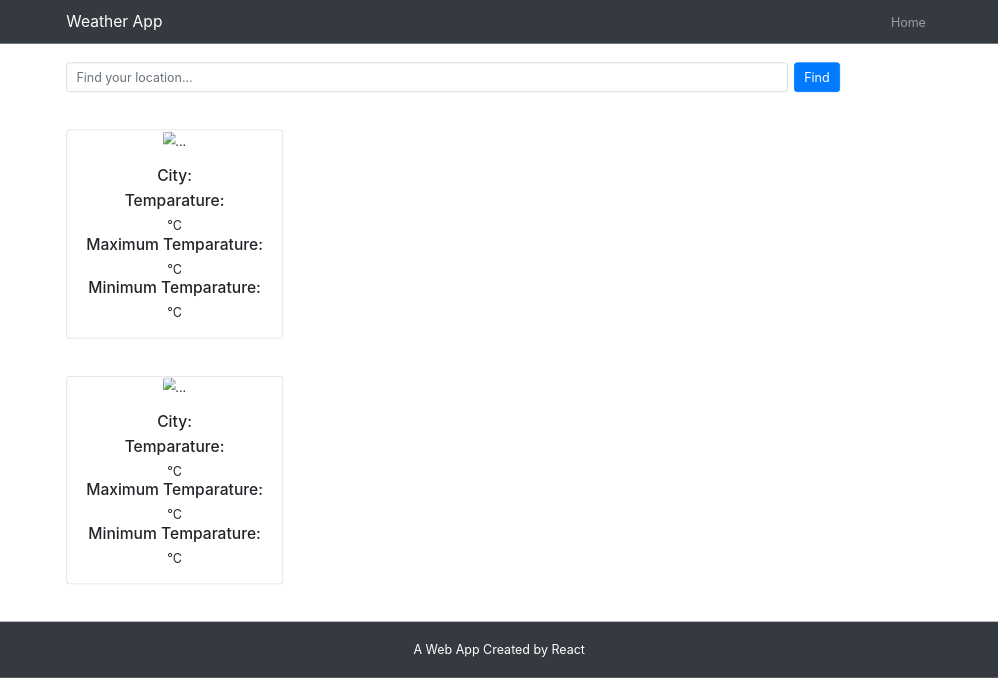
Repository: smk87/weather-app-react
Page: /
An editor plug-in stored every save of this project. The page is shown before and after a run of saves, followed by the edit.
The browser window is 1280 px wide. The pictures show the whole page, at 78% of full size.
The page's requests for data from a server got no answer. Some web libraries are served in a nearby version. The project was rebuilt for these pictures with package versions that can differ from the ones it lists, and the page was loaded fresh each time. A package was used in the major version that the imports need, not the one package.json lists. No one was signed in, and anything a server would have sent is missing.

Above is the page before, as saved 2019-02-06 17:39:17.

### public/index.html
<!DOCTYPE html>
<html lang="en">
  <head>
    <meta charset="utf-8" />
    <link rel="shortcut icon" href="%PUBLIC_URL%/favicon.ico" />
    <meta
      name="viewport"
      content="width=device-width, initial-scale=1, shrink-to-fit=no"
    />
    <meta name="theme-color" content="#000000" />
    <!--
      manifest.json provides metadata used when your web app is added to the
      homescreen on Android. See https://developers.google.com/web/fundamentals/web-app-manifest/
    -->
    <link rel="manifest" href="%PUBLIC_URL%/manifest.json" />
    <link
      rel="stylesheet"
      href="https://stackpath.bootstrapcdn.com/bootstrap/4.2.1/css/bootstrap.min.css"
      integrity="sha384-GJzZqFGwb1QTTN6wy59ffF1BuGJpLSa9DkKMp0DgiMDm4iYMj70gZWKYbI706tWS"
      crossorigin="anonymous"
    />
    <script
      defer
      src="https://use.fontawesome.com/releases/v5.6.3/js/all.js"
      integrity="sha384-EIHISlAOj4zgYieurP0SdoiBYfGJKkgWedPHH4jCzpCXLmzVsw1ouK59MuUtP4a1"
      crossorigin="anonymous"
    ></script>
    <!--
      Notice the use of %PUBLIC_URL% in the tags above.
      It will be replaced with the URL of the `public` folder during the build.
      Only files inside the `public` folder can be referenced from the HTML.

      Unlike "/favicon.ico" or "favicon.ico", "%PUBLIC_URL%/favicon.ico" will
      work correctly both with client-side routing and a non-root public URL.
      Learn how to configure a non-root public URL by running `npm run build`.
    -->
    <title>React App</title>
  </head>
  <body>
    <noscript>You need to enable JavaScript to run this app.</noscript>
    <div id="root"></div>
    <!--
      This HTML file is a template.
      If you open it directly in the browser, you will see an empty page.

      You can add webfonts, meta tags, or analytics to this file.
      The build step will place the bundled scripts into the <body> tag.

      To begin the development, run `npm start` or `yarn start`.
      To create a production bundle, use `npm run build` or `yarn build`.
    -->

    <script
      src="https://code.jquery.com/jquery-3.3.1.slim.min.js"
      integrity="sha384-q8i/X+965DzO0rT7abK41JStQIAqVgRVzpbzo5smXKp4YfRvH+8abtTE1Pi6jizo"
      crossorigin="anonymous"
    ></script>
    <script
      src="https://cdnjs.cloudflare.com/ajax/libs/popper.js/1.14.6/umd/popper.min.js"
      integrity="sha384-wHAiFfRlMFy6i5SRaxvfOCifBUQy1xHdJ/yoi7FRNXMRBu5WHdZYu1hA6ZOblgut"
      crossorigin="anonymous"
    ></script>
    <script
      src="https://stackpath.bootstrapcdn.com/bootstrap/4.2.1/js/bootstrap.min.js"
      integrity="sha384-B0UglyR+jN6CkvvICOB2joaf5I4l3gm9GU6Hc1og6Ls7i6U/mkkaduKaBhlAXv9k"
      crossorigin="anonymous"
    ></script>
  </body>
</html>

### src/App.js
import React, { Component } from "react";
import { BrowserRouter as Router, Route, Switch } from "react-router-dom";
import logo from "./logo.svg";
import "./App.css";

//Import Layout Components
import NavBar from "./components/NavBar";
import Footer from "./components/Footer";
import Home from "./components/Home";

class App extends Component {
  render() {
    return (
      <Router>
        <div className="App">
          <NavBar />
          <Route exact path="/" component={Home} />
          <Footer />
        </div>
      </Router>
    );
  }
}

export default App;

### src/components/NavBar.js
import React, { Component } from "react";
import { Link } from "react-router-dom";

export default class NavBar extends Component {
  render() {
    return (
      <div>
        <nav className="navbar navbar-expand-sm navbar-dark bg-dark mb-4">
          <div className="container">
            <Link className="navbar-brand" to="/">
              Weather App
            </Link>
            <button
              className="navbar-toggler"
              type="button"
              data-toggle="collapse"
              data-target="#mobile-nav"
            >
              <span className="navbar-toggler-icon" />
            </button>

            <div className="collapse navbar-collapse" id="mobile-nav">
              <ul className="navbar-nav mr-auto" />
              <ul className="navbar-nav ml-auto">
                <li className="nav-item">
                  <Link className="nav-link" to="/">
                    Home
                  </Link>
                </li>
              </ul>
            </div>
          </div>
        </nav>
      </div>
    );
  }
}

### src/components/Footer.js
import React from "react";

export default function Footer() {
  return (
    <footer className="bg-dark text-white mt-5 p-4 text-center">
      A Web App Created by React
    </footer>
  );
}

### src/components/Home.js
import React, { Component } from "react";
import { Link } from "react-router-dom";
import Weather from "./Weather";

export default class Home extends Component {
  constructor() {
    super();

    this.state = {
      search: ""
    };
  }
  onChange = e => {
    this.setState({
      [e.target.name]: e.target.value
    });
  };
  onSubmit = e => {
    e.preventDefault();
    console.log(this.state);
  };

  render() {
    return (
      <div>
        <div className="container">
          <form onSubmit={this.onSubmit} action="#" className="form-inline">
            <input
              type="text"
              name="search"
              className="form-control col-md-10"
              placeholder="Find your location..."
              value={this.state.search}
              onChange={this.onChange}
            />
            <input
              type="submit"
              className="ml-2 btn btn-primary"
              value="Find"
            />
          </form>

          <span className="align-middle">
            <Weather id="2344116" />
          </span>
          <span className="align-middle">
            <Weather id="2344116" />
          </span>
        </div>
      </div>
    );
  }
}

### src/components/Weather.js
import React, { Component } from "react";
import axios from "axios";

export default class Weather extends Component {
  constructor() {
    super();

    this.state = {
      cityname: "",
      id: "",
      temp: "",
      maxtemp: "",
      mintemp: "",
      logo: ""
    };
  }

  componentWillMount() {
    this.setState({ id: this.props.id });

    const url = `weather/weather.php?command=location&woeid=${this.props.id}`;
    // console.log(url);
    axios
      .get(url) //Used proxy to connect with local wamp server
      .then(res => {
        console.log(res.data);

        switch (res.data.consolidated_weather[0].weather_state_name) {
          case "Snow":
            this.setState({
              logo: "https://www.metaweather.com/static/img/weather/sn.svg"
            });
            break;
          case "Sleet":
            this.setState({
              logo: "https://www.metaweather.com/static/img/weather/sl.svg"
            });
            break;
          case "Hail":
            this.setState({
              logo: "https://www.metaweather.com/static/img/weather/h.svg"
            });
            break;
          case "Thunderstorm":
            this.setState({
              logo: "https://www.metaweather.com/static/img/weather/t.svg"
            });
            break;
          case "Heavy Rain":
            this.setState({
              logo: "https://www.metaweather.com/static/img/weather/hr.svg"
            });
            break;
          case "Light Rain":
            this.setState({
              logo: `https://www.metaweather.com/static/img/weather/lr.svg`
            });
            break;
          case "Showers":
            this.setState({
              logo: "https://www.metaweather.com/static/img/weather/s.svg"
            });
            break;
          case "Heavy Cloud":
            this.setState({
              logo: "https://www.metaweather.com/static/img/weather/hc.svg"
            });
            break;
          case "Light Cloud":
            this.setState({
              logo: "https://www.metaweather.com/static/img/weather/lc.svg"
            });
            break;
          case "Clear":
            this.setState({
              logo: "https://www.metaweather.com/static/img/weather/c.svg"
            });
            break;
        }
        this.setState({
          cityname: res.data.title,
          temp: res.data.consolidated_weather[0].the_temp.toPrecision(3),
          maxtemp: res.data.consolidated_weather[0].max_temp.toPrecision(3),
          mintemp: res.data.consolidated_weather[0].min_temp.toPrecision(3)
        });
      })
      .catch(err => console.log(err));
  }

  render() {
    return (
      <div className="mt-5 mr-2 h-50 w-25 card">
        <div>
          <img src={this.state.logo} className="card-img-top" alt="..." />
        </div>
        <div className="card-body">
          <div className="card-text">
            <h5>City: </h5> {this.state.cityname}
          </div>
          <div className="card-text">
            <h5>Temparature: </h5> {this.state.temp}
            <span>&#8451;</span>
          </div>
          <div className="card-text">
            {" "}
            <h5>Maximum Temparature: </h5> {this.state.maxtemp}
            <span>&#8451;</span>
          </div>
          <div className="card-text">
            {" "}
            <h5>Minimum Temparature: </h5>
            {this.state.mintemp}
            <span>&#8451;</span>
          </div>
        </div>
      </div>
    );
  }
}

Loaded but not shown: src/index.js (common file); src/index.css (common file); src/serviceWorker.js (common file); src/App.css (common file)

After the next 2 saves:
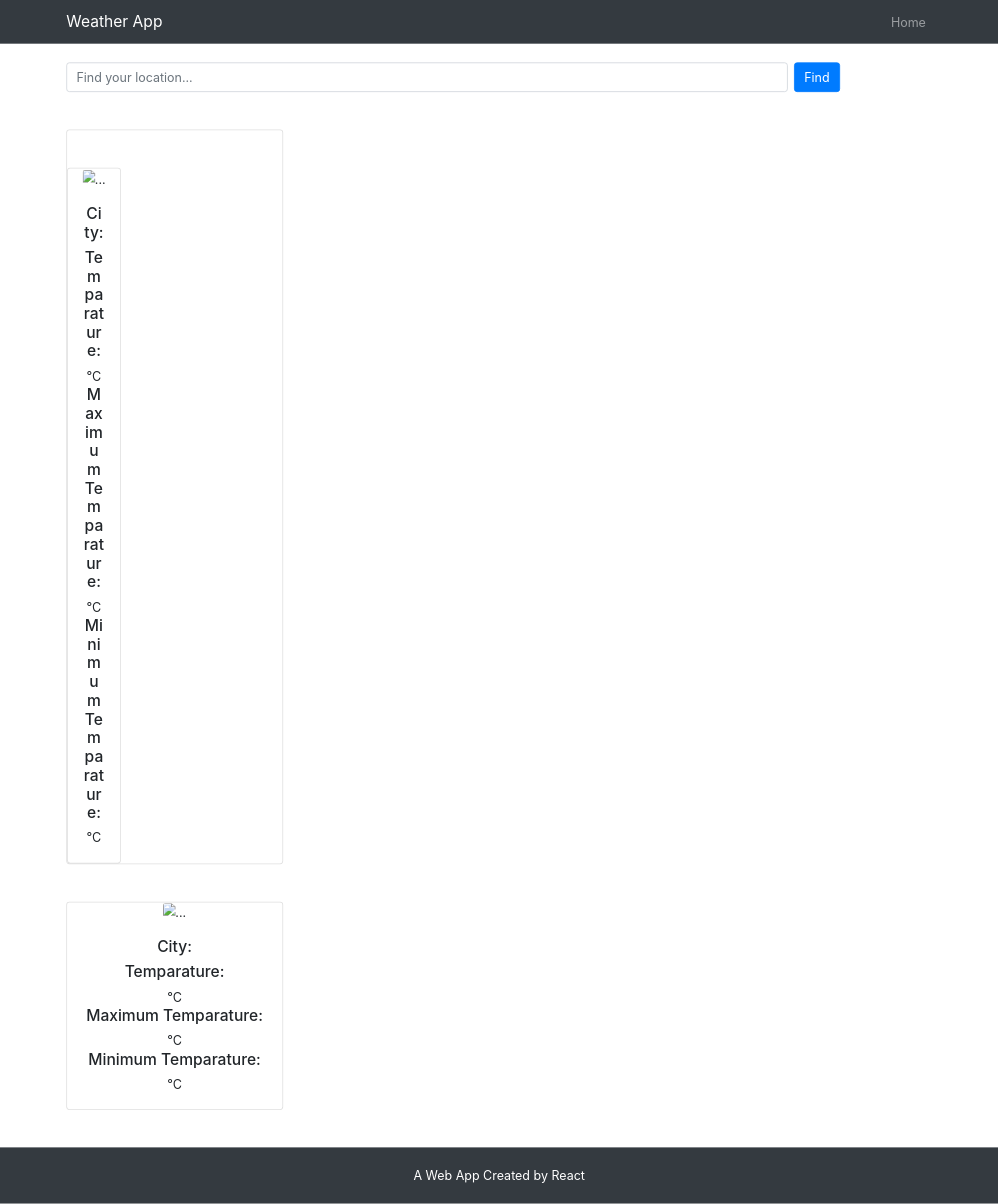
The 2 saves are shown as one change because 1 did not build or start.
The last was saved 16 s later.
--- a/src/components/Home.js
+++ b/src/components/Home.js
@@ -40,7 +40,7 @@
             />
           </form>
 
-          <span className="align-middle">
+          <span className="mt-5 mr-2 h-50 w-25 card">
             <Weather id="2344116" />
           </span>
           <span className="align-middle">

After the save that followed:
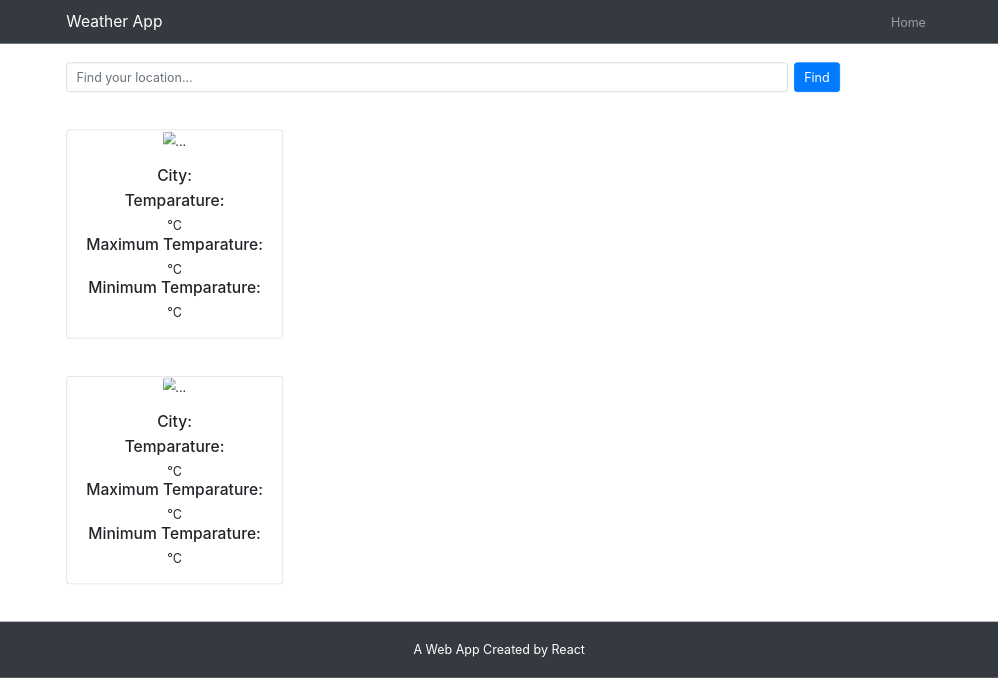
Saved 22 s later.
--- a/src/components/Home.js
+++ b/src/components/Home.js
@@ -40,10 +40,10 @@
             />
           </form>
 
-          <span className="mt-5 mr-2 h-50 w-25 card">
+          <span class="align-middle">
             <Weather id="2344116" />
           </span>
-          <span className="align-middle">
+          <span class="align-middle">
             <Weather id="2344116" />
           </span>
         </div>
